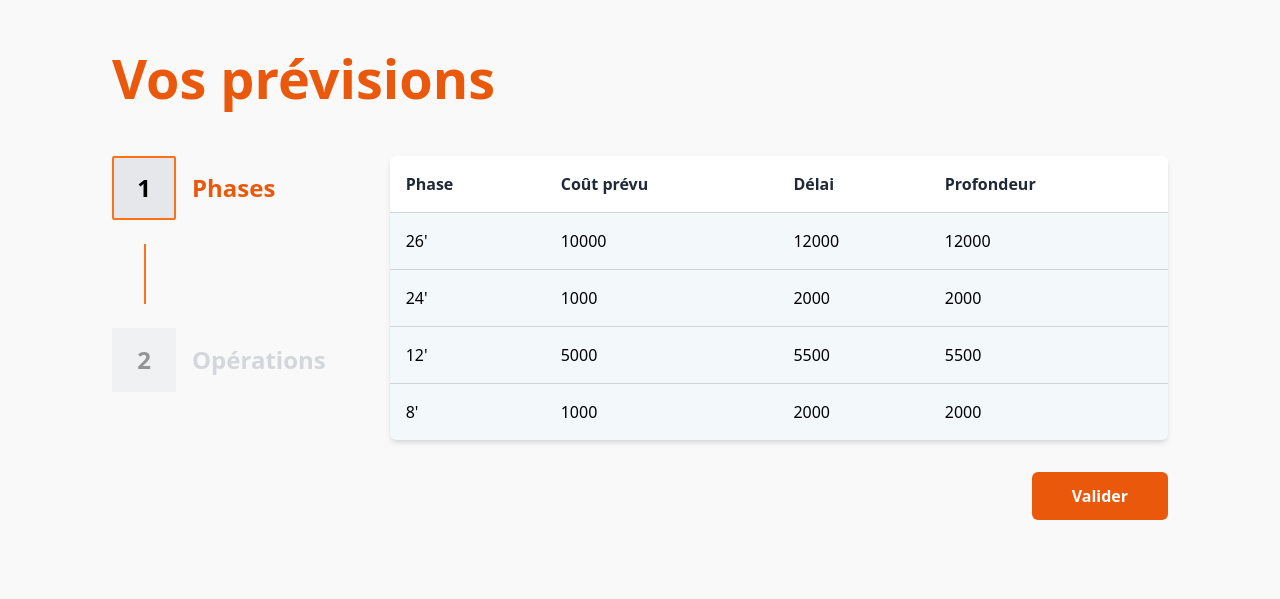
Repository: 123455675848484848484884848484/Projet_2cs
Page: /3 (app in front/)
These files come from the project's save history. The page is drawn as it stood at one moment and after the next save; the edit follows.
The browser window is 1280 px wide. The pictures show the whole page.
The project was rebuilt for these pictures with package versions that can differ from the ones it lists, and the page was loaded fresh each time. Also part of the build but not shown: front/src/App.css, front/src/LancerPuit.jsx, front/src/InformationPuit.jsx, front/src/MesPuits.jsx.

Above is the page before, as saved 2025-04-24 09:26:15.

### front/src/App.jsx
import './App.css';
import React from "react";
import LancerPuit from './LancerPuit';
import InformationPuit from './InformationPuit';
import { BrowserRouter as Router, Routes, Route } from "react-router-dom";

import MesPuits from './MesPuits';
import PhasesPrevision from './PhasesPrevision';

function App() {
  return (
   <Router>
   <Routes>
     <Route path="/" element={<LancerPuit />} />
     <Route path="/1" element={<InformationPuit />} />
     <Route path="/2" element={<MesPuits />} />
     <Route path="/3" element={<PhasesPrevision />} />
  </Routes>
    </Router>

  );
}

export default App;

### front/src/PhasesPrevision.jsx
import React, { useEffect, useState } from "react";
import { useNavigate } from "react-router-dom";

const PhasesPrevision = () => {
  const [phases, setPhases] = useState([]);
  const navigate = useNavigate();

  useEffect(() => {
    const fetchedPhases = [
      { nom: "26' ", cout: 10000, delai: 12000, profondeur: 12000 },
      { nom: "24' ", cout: 1000, delai: 2000, profondeur: 2000 },
      { nom: "12' ", cout: 5000, delai: 5500, profondeur: 5500 },
      { nom: "8' ", cout: 1000, delai: 2000, profondeur: 2000 },
    ];
    setPhases(fetchedPhases);
  }, []);

  const handleValider = () => {
    navigate("/operations");
  };

  return (
    <div className="min-h-screen bg-[#f9f9f9] px-28 pt-12 pb-20">
      {/* Titre en haut */}
      <h1 className="text-[54px] font-bold text-orange-600 leading-[60px] mb-12">
        Vos prévisions
      </h1>

      <div className="flex items-start gap-16">
        {/* Étapes à gauche */}
        <div className="flex flex-col items-start gap-6">
          <div className="flex items-center gap-4">
            <div className="w-16 h-16 rounded-sm bg-gray-200 flex items-center justify-center text-2xl font-bold border-2 border-orange-500 text-black">
              1
            </div>
            <span className="text-orange-600 font-semibold text-2xl">Phases</span>
          </div>
          <div className="h-[60px] w-[2px] bg-orange-500 ml-8" />
          <div className="flex items-center gap-4 opacity-40">
            <div className="w-16 h-16 rounded-sm bg-gray-200 flex items-center justify-center text-2xl font-bold">
              2
            </div>
            <span className="text-gray-400 font-semibold text-2xl">Opérations</span>
          </div>
        </div>

        {/* Tableau à droite */}
        <div className="flex-1">
          <div className="bg-[#f3f8fa] rounded-md shadow-md overflow-hidden">
            <table className="w-full text-left text-[16px]">
              <thead className="bg-white">
                <tr className="text-gray-800">
                  <th className="p-4 font-semibold">Phase</th>
                  <th className="p-4 font-semibold">Coût prévu</th>
                  <th className="p-4 font-semibold">Délai</th>
                  <th className="p-4 font-semibold">Profondeur</th>
                </tr>
              </thead>
              <tbody>
                {phases.map((phase, index) => (
                  <tr key={index} className="border-t border-gray-300">
                    <td className="p-4">{phase.nom}</td>
                    <td className="p-4">{phase.cout}</td>
                    <td className="p-4">{phase.delai}</td>
                    <td className="p-4">{phase.profondeur}</td>
                  </tr>
                ))}
              </tbody>
            </table>
          </div>

          <div className="flex justify-end mt-8">
            <button
              onClick={handleValider}
              className="bg-orange-600 hover:bg-orange-700 text-white px-10 py-3 rounded-md font-semibold text-[16px]"
            >
              Valider
            </button>
          </div>
        </div>
      </div>
    </div>
  );
};

export default PhasesPrevision;

Loaded but not shown: front/public/index.html (common file); front/src/index.js (common file); front/src/index.css (common file); front/src/reportWebVitals.js (common file); front/tailwind.config.js (common file)

After the next save:
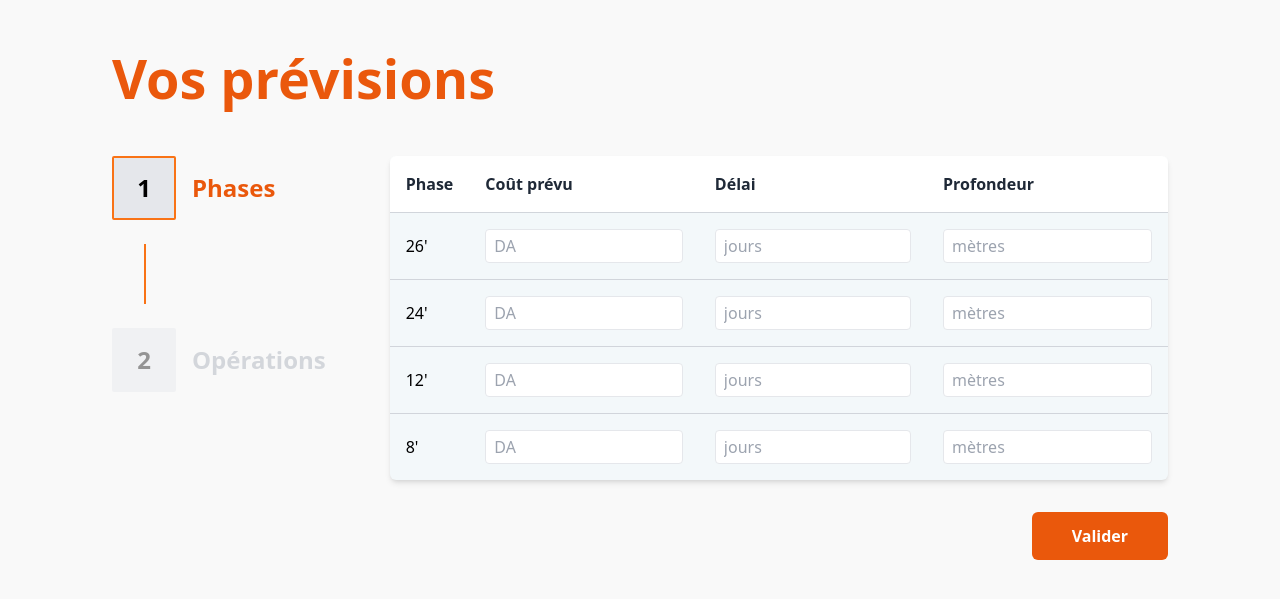
Saved 3 min 59 s later.
--- a/front/src/PhasesPrevision.jsx
+++ b/front/src/PhasesPrevision.jsx
@@ -7,15 +7,22 @@ const PhasesPrevision = () => {
 
   useEffect(() => {
     const fetchedPhases = [
-      { nom: "26' ", cout: 10000, delai: 12000, profondeur: 12000 },
-      { nom: "24' ", cout: 1000, delai: 2000, profondeur: 2000 },
-      { nom: "12' ", cout: 5000, delai: 5500, profondeur: 5500 },
-      { nom: "8' ", cout: 1000, delai: 2000, profondeur: 2000 },
+      { nom: "26' ", cout: '', delai: '', profondeur: '' },
+      { nom: "24' ", cout: '', delai: '', profondeur: '' },
+      { nom: "12' ", cout: '', delai: '', profondeur: '' },
+      { nom: "8' ", cout: '', delai: '', profondeur: '' },
     ];
     setPhases(fetchedPhases);
   }, []);
 
+  const handleInputChange = (index, field, value) => {
+    const updatedPhases = [...phases];
+    updatedPhases[index][field] = value;
+    setPhases(updatedPhases);
+  };
+
   const handleValider = () => {
+    console.log("Prévisions soumises :", phases);
     navigate("/operations");
   };
 
@@ -60,9 +67,36 @@ const PhasesPrevision = () => {
                 {phases.map((phase, index) => (
                   <tr key={index} className="border-t border-gray-300">
                     <td className="p-4">{phase.nom}</td>
-                    <td className="p-4">{phase.cout}</td>
-                    <td className="p-4">{phase.delai}</td>
-                    <td className="p-4">{phase.profondeur}</td>
+                    <td className="p-4">
+                      <input
+                        type="number"
+                        value={phase.cout}
+                        onChange={(e) => handleInputChange(index, "cout", e.target.value)}
+                        className="w-full px-2 py-1 border rounded"
+                        placeholder="DA"
+                        required
+                      />
+                    </td>
+                    <td className="p-4">
+                      <input
+                        type="number"
+                        value={phase.delai}
+                        onChange={(e) => handleInputChange(index, "delai", e.target.value)}
+                        className="w-full px-2 py-1 border rounded"
+                        placeholder="jours"
+                        required
+                      />
+                    </td>
+                    <td className="p-4">
+                      <input
+                        type="number"
+                        value={phase.profondeur}
+                        onChange={(e) => handleInputChange(index, "profondeur", e.target.value)}
+                        className="w-full px-2 py-1 border rounded"
+                        placeholder="mètres"
+                        required
+                      />
+                    </td>
                   </tr>
                 ))}
               </tbody>
